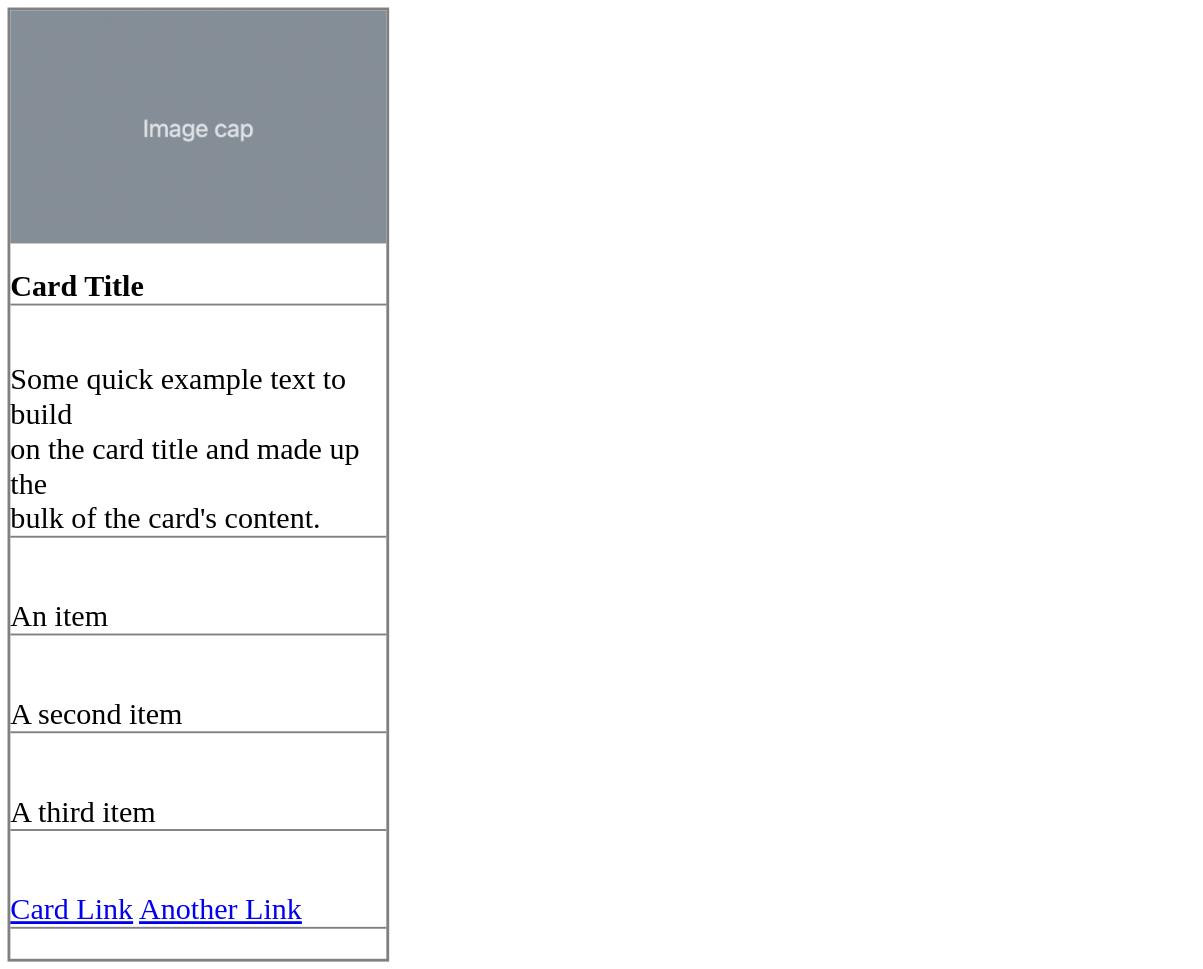
Repository: tr2cky/jsx-exercise
Page: 04 Card/card.html
An editor plug-in stored every save of this project. The page is shown before and after the next save, followed by the edit.
The browser window is 1280 px wide. The pictures show the whole page, at 94% of full size.

Above is the page before, as saved 2022-09-27 16:22:04.

### 04 Card/card.html
<!DOCTYPE html>
<html lang="en">

<head>
    <meta charset="UTF-8">
    <meta http-equiv="X-UA-Compatible" content="IE=edge">
    <meta name="viewport" content="width=device-width, initial-scale=1.0">
    <title>Document</title>
    <link rel="stylesheet" href="style.css">
</head>

<body>
    <article class="container">
        <img src="imagecap.png" alt="Image Cap">
        <h2>Card Title</h2>
        <p>Some quick example text to build <br>
            on the card title and made up the <br>
            bulk of the card's content.</p>
        <p>An item</p>
        <p>A second item</p>
        <p>A third item</p>
        <p><a href="https://google.com">Card Link</a> <a href="https://twitter.com">Another Link</a></p>
    </article>
</body>

</html>

### 04 Card/style.css
.container {
    display: flex;
    flex-direction: column;
    border: 3px solid gray;
    max-width: 400px;
    flex-shrink: 1fr;
    gap: 1px;
}
.container > img {
    width: 400px;
}
.container > p, h2 {
    font-size: 2rem;
    border-bottom: 2px solid gray;
}

After the next save:
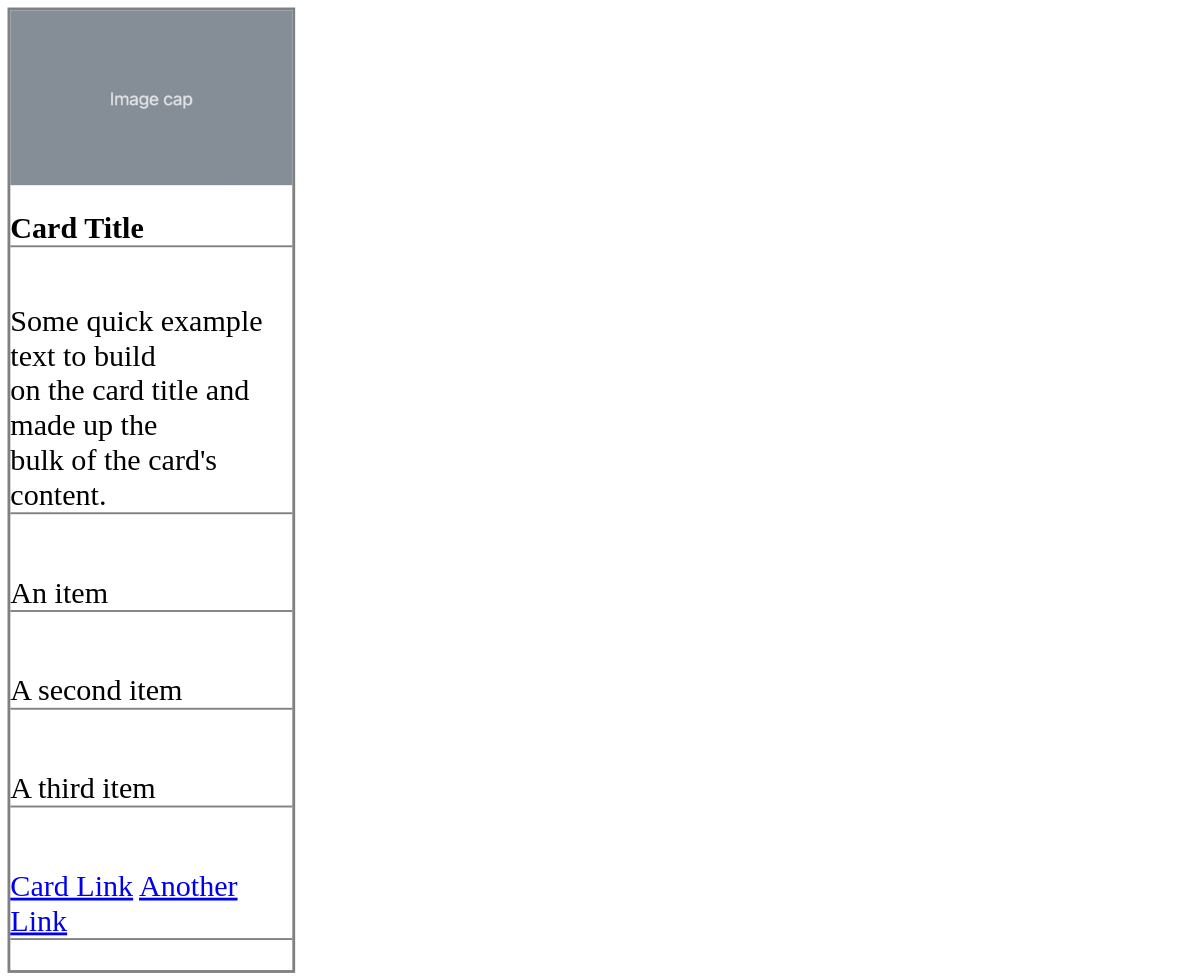
Saved 42 s later.
--- a/04 Card/style.css
+++ b/04 Card/style.css
@@ -2,12 +2,11 @@
     display: flex;
     flex-direction: column;
     border: 3px solid gray;
-    max-width: 400px;
-    flex-shrink: 1fr;
+    max-width: 300px;
     gap: 1px;
 }
 .container > img {
-    width: 400px;
+    width: 300px;
 }
 .container > p, h2 {
     font-size: 2rem;
